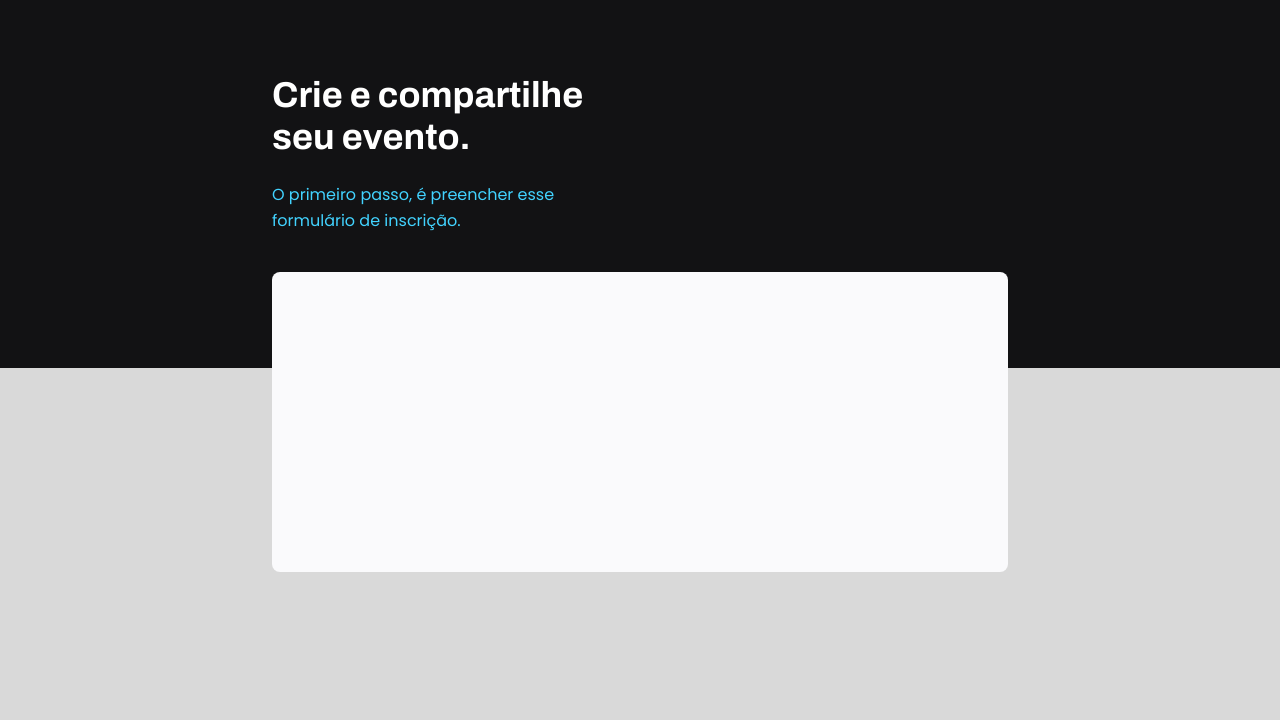
Repository: devMuriloOliveira/Formulario
Page: index.html
An editor plug-in stored every save of this project. The page is shown before and after the next save, followed by the edit.
The browser window is 1280 px wide. The pictures show the whole page.

Above is the page before, as saved 2023-10-31 19:22:41.

After the next save:
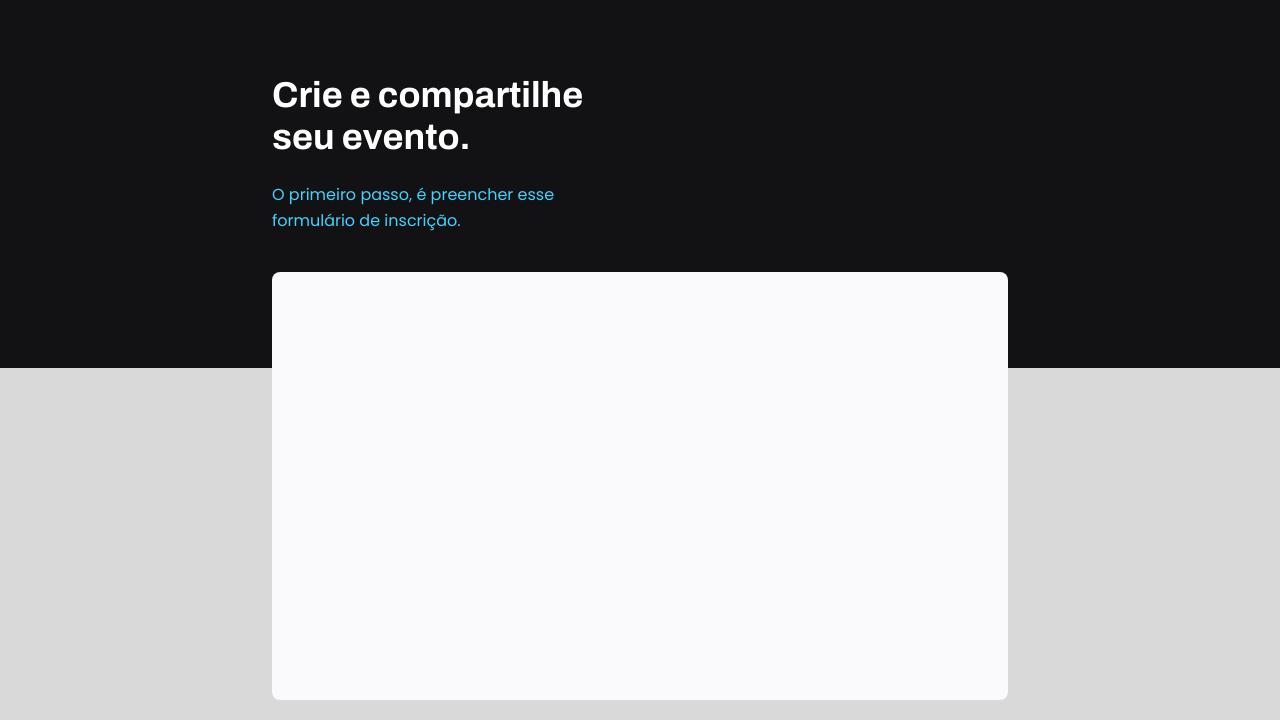
Saved 62 s later.
--- a/style.css
+++ b/style.css
@@ -47,6 +47,8 @@ form{
 
   border-radius: 8px;
   min-height: 300px;
+
+  padding: 64px;
 }
 
 fieldset{
@@ -54,7 +56,7 @@ fieldset{
 }
 
 fieldset legend{
-  font-family: 'Archivo';
+  font-family: 'Archivo', 'S';
   font-weight: 600;
   font-size: 24px;
   line-height: 34px;
